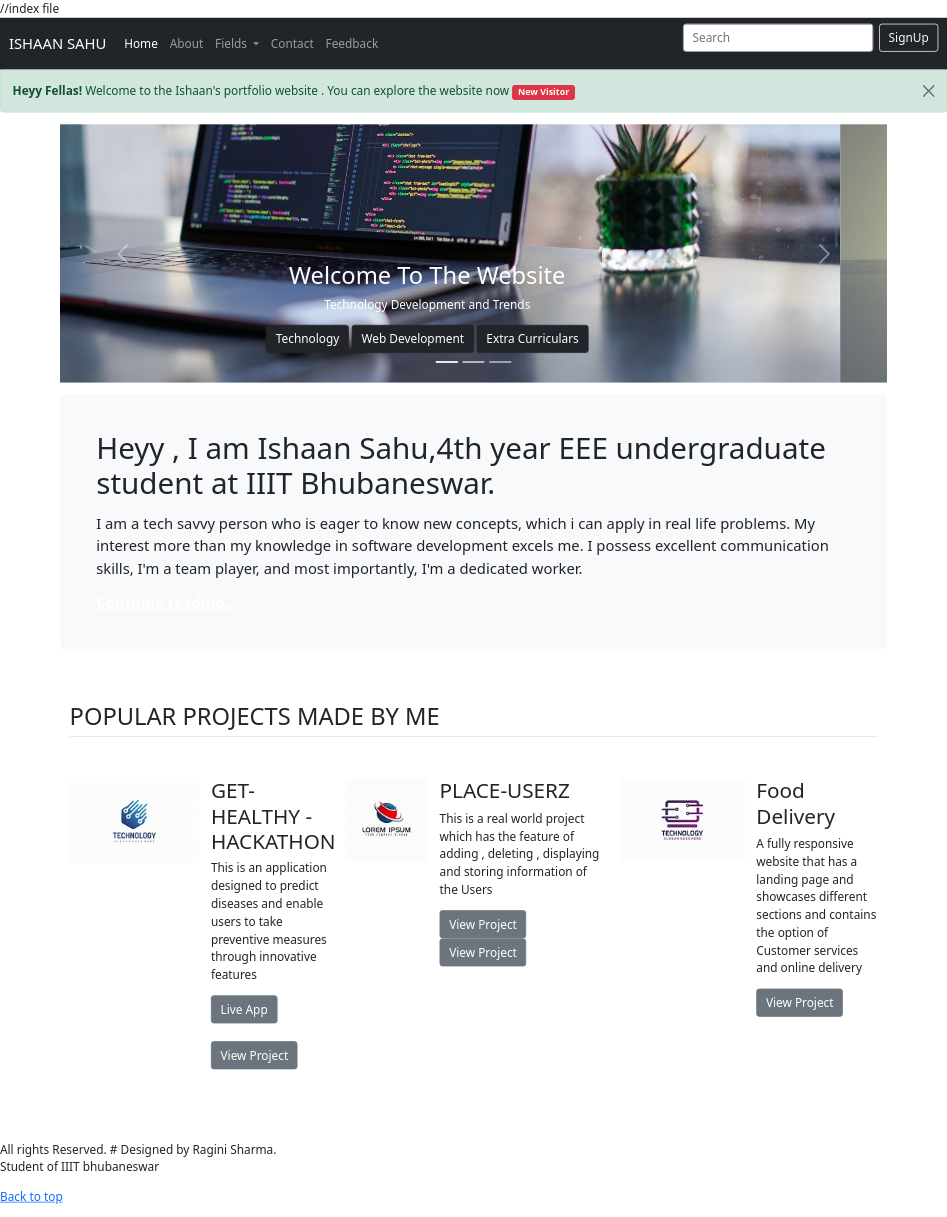
Repository: ishaan51551/Ishaan-s-Portfolio-
Page: index.html
The author's editor kept a copy of each file at every save. The page is drawn from the files as they stood at one save, then again after the next save.
The browser window is 1280 px wide. The pictures show the whole page, at 74% of full size.

Above is the page before, as saved 2023-09-13 01:35:01.

### index.html
//index file

</body>

</html>

<!doctype html>
<html lang="en">

<head>
  <!-- Required meta tags -->
  <meta charset="utf-8">
  <meta name="viewport" content="width=device-width, initial-scale=1">

  <!-- Bootstrap CSS -->
  <link href="https://cdn.jsdelivr.net/npm/bootstrap@5.1.1/dist/css/bootstrap.min.css" rel="stylesheet"
    integrity="sha384-F3w7mX95PdgyTmZZMECAngseQB83DfGTowi0iMjiWaeVhAn4FJkqJByhZMI3AhiU" crossorigin="anonymous">

  <title>Ishaan Sahu Portfolio</title>
</head>

<body>
  <!-- FOR NAVBAR -->
  <nav class="navbar navbar-expand-lg navbar-dark bg-dark">
    <div class="container-fluid">
      <a class="navbar-brand" href="#">ISHAAN SAHU </a>
      <button class="navbar-toggler" type="button" data-bs-toggle="collapse" data-bs-target="#navbarSupportedContent"
        aria-controls="navbarSupportedContent" aria-expanded="false" aria-label="Toggle navigation">
        <span class="navbar-toggler-icon"></span>
      </button>
      <div class="collapse navbar-collapse" id="navbarSupportedContent">
        <ul class="navbar-nav me-auto mb-2 mb-lg-0">
          <li class="nav-item">
            <a class="nav-link active" aria-current="page" href="#">Home</a>
          </li>
          <li class="nav-item">
            <a class="nav-link" href="/about.html">About</a>
          </li>
          <li class="nav-item dropdown">
            <a class="nav-link dropdown-toggle" href="#" id="navbarDropdown" role="button" data-bs-toggle="dropdown"
              aria-expanded="false">
              Fields
            </a>
            <ul class="dropdown-menu" aria-labelledby="navbarDropdown">
              <li><a class="dropdown-item" href="programming.html">Programming</a></li>
              <li><a class="dropdown-item" href="webdev.html">Web Devlopment</a></li>
              <li>
                <hr class="dropdown-divider">
              </li>
              <li><a class="dropdown-item" href="extracurricular.html">Extra Curricular</a></li>
            </ul>
          </li>
          <li class="nav-item">
            <a class="nav-link " aria-current="page" href="contact.html">Contact</a>
          </li>

          <li class="nav-item">
            <a class="nav-link" href="feedback.html">Feedback</a>

          </li>

        </ul>
        <form class="d-flex">
          <input class="form-control me-2" type="search" placeholder="Search" aria-label="Search">
          <button class="btn btn-outline-light" type="submit" data-bs-toggle="modal"
            data-bs-target="#SignUpModal">SignUp</button>


        </form>
      </div>
    </div>
  </nav>





  <!-- Optional JavaScript; choose one of the two! -->

  <!-- Option 1: Bootstrap Bundle with Popper -->
  <script src="https://cdn.jsdelivr.net/npm/bootstrap@5.1.1/dist/js/bootstrap.bundle.min.js"
    integrity="sha384-/bQdsTh/da6pkI1MST/rWKFNjaCP5gBSY4sEBT38Q/9RBh9AH40zEOg7Hlq2THRZ"
    crossorigin="anonymous"></script>

  <!-- Option 2: Separate Popper and Bootstrap JS -->
  <!--
    <script src="https://cdn.jsdelivr.net/npm/@popperjs/core@2.9.3/dist/umd/popper.min.js" integrity="sha384-W8fXfP3gkOKtndU4JGtKDvXbO53Wy8SZCQHczT5FMiiqmQfUpWbYdTil/SxwZgAN" crossorigin="anonymous"></script>
    <script src="https://cdn.jsdelivr.net/npm/bootstrap@5.1.1/dist/js/bootstrap.min.js" integrity="sha384-skAcpIdS7UcVUC05LJ9Dxay8AXcDYfBJqt1CJ85S/CFujBsIzCIv+l9liuYLaMQ/" crossorigin="anonymous"></script>
    -->


  <!-- Button trigger modal -->
  <!-- <button type="button" class="btn btn-primary" data-bs-toggle="modal" data-bs-target="#signUp Modal">
    Launch demo modal
  </button>  -->





  <!-- FOR DISMISSING ALERT  -->
  <div class="alert alert-success alert-dismissible fade show" role="alert">
    <strong>Heyy Fellas!</strong> Welcome to the Ishaan's portfolio website . You can explore the website now
    <!--for including badge--><span class="badge bg-danger">New Visitor</span>
    <button type="button" class="btn-close" data-bs-dismiss="alert" aria-label="Close"></button>
  </div>


  <!-- FOR BACKGROUND SLIDER PICTURE -->
  <div class="container my-2">
    <div id="carouselExampleCaptions" class="carousel slide carousal-fade" data-bs-ride="carousel">
      <div class="carousel-indicators">
        <button type="button" data-bs-target="#carouselExampleCaptions" data-bs-slide-to="0" class="active"
          aria-current="true" aria-label="Slide 1"></button>
        <button type="button" data-bs-target="#carouselExampleCaptions" data-bs-slide-to="1"
          aria-label="Slide 2"></button>
        <button type="button" data-bs-target="#carouselExampleCaptions" data-bs-slide-to="2"
          aria-label="Slide 3"></button>
      </div>
      <div class="carousel-inner">
        <div class="carousel-item active">
          <img src="2.jpg" class="d-block w-100" alt="...">
          <div class="carousel-caption d-none d-md-block">
            <h2>Welcome To The Website</h2>
            <p>Technology Development and Trends</p>
            <button class="btn btn-dark">Technology</button>
            <button class="btn btn-dark">Web Development</button>
            <button class="btn btn-dark">Extra Curriculars</button>
          </div>
        </div>
        <div class="carousel-item">
          <img src="1.jpg" class="d-block w-100" alt="...">
          <div class="carousel-caption d-none d-md-block">
            <h2>Explore More On The Website</h2>
            <p>Technology Development and Trends</p>
            <button class="btn btn-dark">Programming</button>
            <button class="btn btn-dark">Web Development</button>
            <button class="btn btn-dark">Extra Curriculars</button>
          </div>
        </div>
        <div class="carousel-item">
          <img src="3.jpg" class="d-block w-100" alt="...">
          <div class="carousel-caption d-none d-md-block">
            <h2>Know More About Ishaan</h2>
            <p>Technology Development and Trends</p>
            <button class="btn btn-dark">Technology</button>
            <button class="btn btn-dark">Web Development</button>
            <button class="btn btn-dark">Extra Curriculars</button>
          </div>
        </div>
      </div>
      <button class="carousel-control-prev" type="button" data-bs-target="#carouselExampleCaptions"
        data-bs-slide="prev">
        <span class="carousel-control-prev-icon" aria-hidden="true"></span>
        <span class="visually-hidden">Previous</span>
      </button>
      <button class="carousel-control-next" type="button" data-bs-target="#carouselExampleCaptions"
        data-bs-slide="next">
        <span class="carousel-control-next-icon" aria-hidden="true"></span>
        <span class="visually-hidden">Next</span>
      </button>
    </div>
  </div>


  <!-- TEXT WRITTEN -->
  <div class="container my-3 ml-auto mr-auto mx-auto">
    <div class="p-4 p-md-5 mb-4 text-dark rounded bg-light">
      <div class="col-md-0 px-0">
        <h1 class="display-8 ">Heyy , I am Ishaan Sahu,4th year EEE undergraduate student at IIIT Bhubaneswar.</h1>
        <p class="lead my-3">I am a tech savvy person who is eager to
          know new concepts, which i can apply in
          real life problems. My interest more than
          my knowledge in software development
          excels me. I possess excellent communication skills, I'm a team player, and most importantly, I'm a dedicated
          worker.</p>
        <p class="lead mb-0"><a href="#" class="text-white fw-bold">Continue reading...</a></p>
      </div>
    </div>
  </div>



  <!-- PROJECTS -->

  <div class="container px-4 py-5" id="hanging-icons">
    <h2 class="pb-2 border-bottom"> POPULAR PROJECTS MADE BY ME </h2>
    <div class="row g-4 py-5 row-cols-1 row-cols-lg-3">
      <div class="col d-flex align-items-start">
        <div class="icon-square bg-light text-dark flex-shrink-0 me-3">
          <img src="bg1.jfif" href="#">

        </div>
        <div>
          <h3>GET-HEALTHY - HACKATHON </h3>
          <p>This is an application designed to predict diseases and enable users to take preventive measures through
            innovative features</p>
          <a href="https://main--jolly-bublanina-f06289.netlify.app" class="btn btn-secondary">
            Live App
          </a>
          <br>
          <br>
          <a href="https://github.com/ishaan51551/Get-Healthy.git" class="btn btn-secondary">
            View Project
          </a>
        </div>
      </div>
      <div class="col d-flex align-items-start">
        <div class="icon-square bg-light text-dark flex-shrink-0 me-3">
          <img src="bg3.jfif" href="#">
        </div>
        <div>
          <h3>PLACE-USERZ</h3>
          <p>This is a real world project which has the feature of adding , deleting , displaying and storing information of the Users</p>
          <a href="https://github.com/ishaan51551/Place-Userz-App.git" class="btn btn-secondary">
            View Project
          </a>
          <a href="https://github.com/Ragini-sharma21/Music-Track-Arrangement-Project" class="btn btn-secondary">
            View Project
          </a>
        </div>
      </div>
      <div class="col d-flex align-items-start">
        <div class="icon-square bg-light text-dark flex-shrink-0 me-3">
          <img src="bg4.jfif" href="#">
        </div>
        <div>
          <h3>Food Delivery</h3>
          <p>A fully responsive website that has a landing page and showcases different sections and contains the option
            of Customer services and online delivery </p>
          <a href="https://ragini-sharma21.github.io/online-food-delivery-website/" class="btn btn-secondary">
            View Project
          </a>
        </div>
      </div>
    </div>
  </div>
  </div>

  <!-- FOOTER -->
  <footer class="blog-footer">
    <p>All rights Reserved. # Designed by Ragini Sharma.</br>
      Student of IIIT bhubaneswar</p>
    <p>
      <a href="#">Back to top</a>
    </p>
  </footer>
</body>

</html>

After the next save:
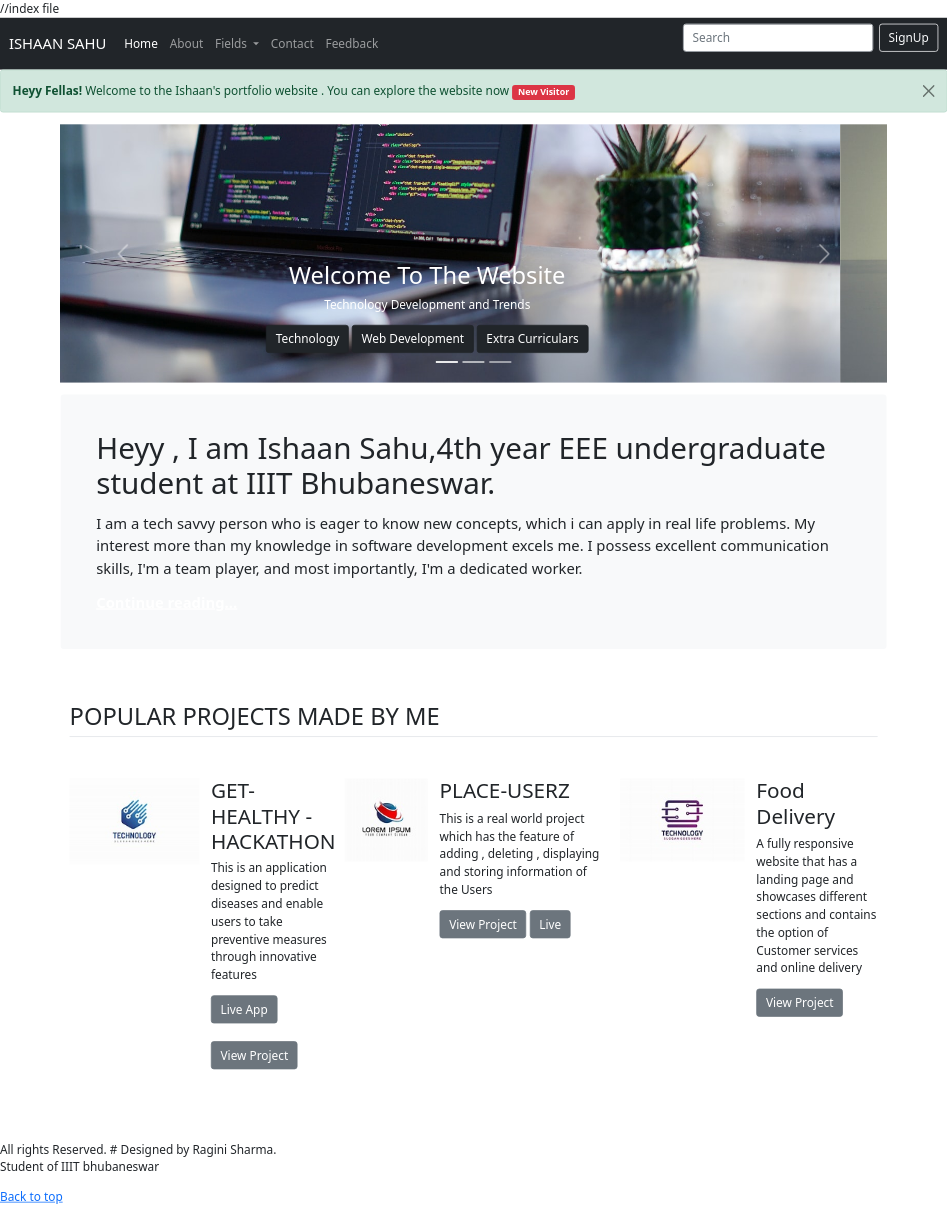
Saved 7 s later.
--- a/index.html
+++ b/index.html
@@ -216,7 +216,7 @@
             View Project
           </a>
           <a href="https://github.com/Ragini-sharma21/Music-Track-Arrangement-Project" class="btn btn-secondary">
-            View Project
+           Live
           </a>
         </div>
       </div>
